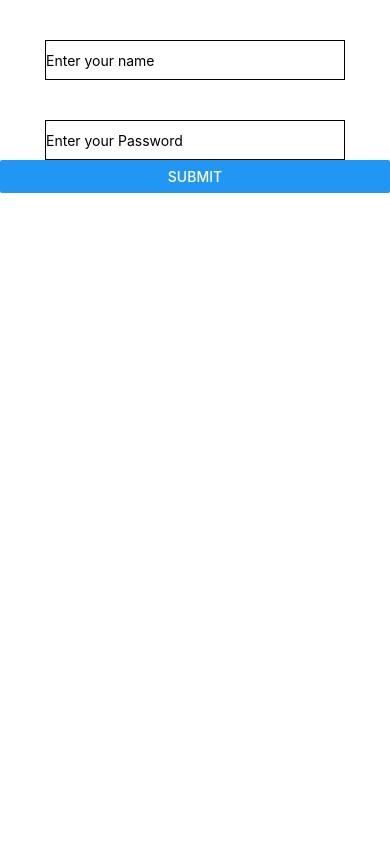
Repository: vsangavi/ReactNative-Form
Screen: /
An editor plug-in stored every save of this project. The screen is shown before and after the next save, followed by the edit.
The app was drawn by React Native's web renderer in a window 390 px wide. The project was rebuilt for these pictures with package versions that can differ from the ones it lists, and the page was loaded fresh each time.

Above is the screen before, as saved 2020-10-02 08:19:46.

After the next save:
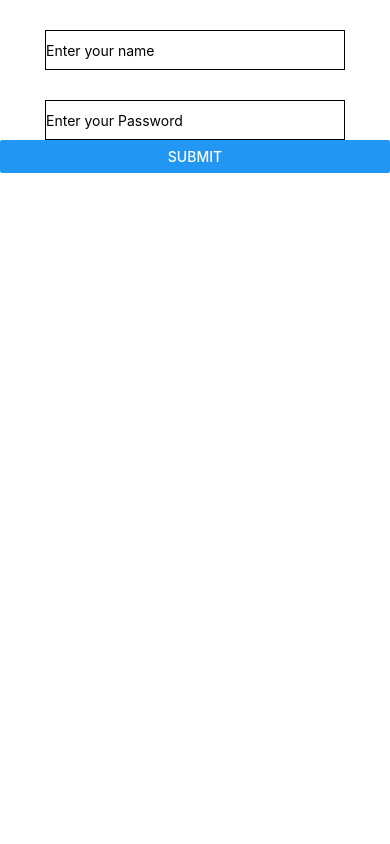
Saved 21 s later.
--- a/Input.js
+++ b/Input.js
@@ -45,7 +45,7 @@ const styles = StyleSheet.create({
     justifyContent: 'center',
   },
   input: {
-    marginTop:40,
+    marginTop:30,
     height: 40,
     justifyContent: 'center',
     alignSelf: 'center',
